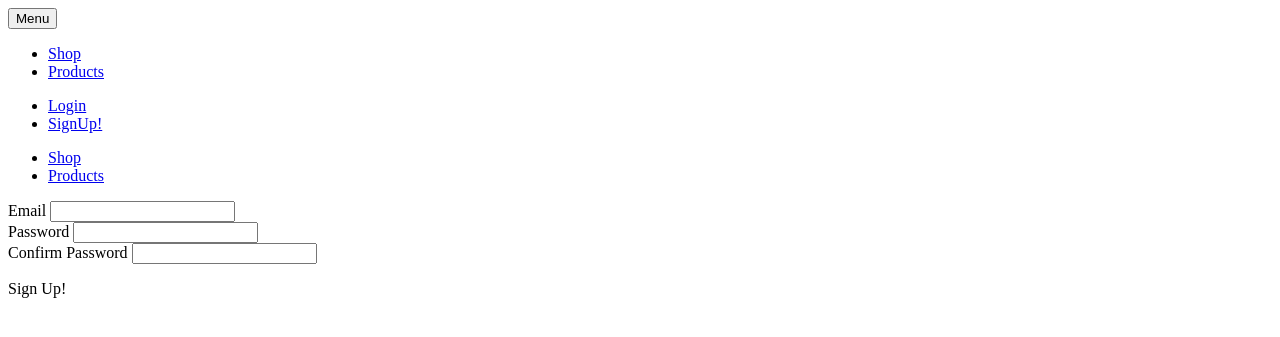
Repository: petref/RASPCODES
Page: http://localhost/signup
These files come from the project's save history. The page is drawn as it stood at one moment and after the next save; the edit follows.
The browser window is 1280 px wide. The pictures show the whole page.
The page is served by the project's Node server (app.js). Other server files are loaded and not shown.

Above is the page before, as saved 2020-01-15 01:25:38.

### shopNode/views/auth/signup.ejs
<body>
    <%- include('../includes/navigation.ejs') %>
        <main>
            <form class="login-form" action='/login' method='post'>
                <div сlass="form-control">
                    <label for='email'>Email</label>
                    <input type='email' name='email' id='email'>
                </div>
                <div class="form-control">
                    <label for="password">Password</label>
                    <input type="password" name="password" id="password">
                </div>
                <div class="form-control">
                    <label for="confirmpassword">Confirm Password</label>
                    <input type="password" name="confirmpassword" id="confirmpassword">
                </div>


            </form>
            <btn class="btn" type="submit">Sign Up!</btn>
        </main>



</body>

### shopNode/views/includes/navigation.ejs
<div class="backdrop"></div>
<header class="main-header">
    <button id="side-menu-toggle">Menu</button>
    <nav class="main-header__nav">
        <ul class="main-header__item-list">
            <li class="main-header__item">
                <a class="<%= path === '/' ? 'active' : '' %>" href="/">Shop</a>
            </li>
            <li class="main-header__item">
                <a class="<%= path === '/products' ? 'active' : '' %>" href="/products">Products</a>
            </li>
            <% if (isAuthenticated) { %>
                <li class="main-header__item">
                    <a class="<%= path === '/cart' ? 'active' : '' %>" href="/cart">Cart</a>
                </li>
                <li class="main-header__item">
                    <a class="<%= path === '/orders' ? 'active' : '' %>" href="/orders">Orders</a>
                </li>
                <li class="main-header__item">
                    <a class="<%= path === '/admin/add-product' ? 'active' : '' %>" href="/admin/add-product">Add Product
                    </a>
                </li>
                <li class="main-header__item">
                    <a class="<%= path === '/admin/products' ? 'active' : '' %>" href="/admin/products">Admin Products
                    </a>
                </li>
                <% } %>
        </ul>
        <ul class="main-header__item-list">
            <% if (!isAuthenticated) { %>
                <li class="main-header__item">
                    <a class="<%= path === '/login' ? 'active' : '' %>" href="/login">Login</a>
                </li>
                <li class="main-header__item">
                    <a class="<%= path === '/signup' ? 'active' : '' %>" href="/signup">SignUp!</a>
                </li>
                <% } else { %>
                    <li class="main-header__item">
                        <form action="/logout" method="post">
                            <button type="submit">Logout</button>
                        </form>
                    </li>
                    <% } %>
        </ul>
    </nav>
</header>

<nav class="mobile-nav">
    <ul class="mobile-nav__item-list">
        <li class="mobile-nav__item">
            <a class="<%= path === '/' ? 'active' : '' %>" href="/">Shop</a>
        </li>
        <li class="mobile-nav__item">
            <a class="<%= path === '/products' ? 'active' : '' %>" href="/products">Products</a>
        </li>
        <% if(isAuthenticated) { %>
            <li class="mobile-nav__item">
                <a class="<%= path === '/cart' ? 'active' : '' %>" href="/cart">Cart</a>
            </li>
            <li class="mobile-nav__item">
                <a class="<%= path === '/orders' ? 'active' : '' %>" href="/orders">Orders</a>
            </li>
            <li class="mobile-nav__item">
                <a class="<%= path === '/admin/add-product' ? 'active' : '' %>" href="/admin/add-product">Add Product
            </a>
            </li>
            <li class="mobile-nav__item">
                <a class="<%= path === '/admin/products' ? 'active' : '' %>" href="/admin/products">Admin Products
            </a>
            </li>
            <% } %>
    </ul>
</nav>

### shopNode/app.js
const path = require('path');
const mongoose = require('mongoose');
const session = require('express-session');
const mongoDBStore = require('connect-mongodb-session')(session);

const express = require('express');
const bodyParser = require('body-parser');

const errorController = require('./controllers/error');
const User = require('./models/user')

const MONGODB_URI = 'mongodb+srv://petroupb:Transport%40poli2019@cluster0-zo0ok.mongodb.net/test';

const app = express();
const store = new mongoDBStore({
    uri: MONGODB_URI,
    collection: 'sessions'
});

app.set('view engine', 'ejs');
app.set('views', 'views');

const adminRoutes = require('./routes/admin');
const shopRoutes = require('./routes/shop');
const authRoutes = require('./routes/auth')


// TEST THE SQL CONNECTION POOLS
//  db.execute('SELECT * FROM products')
//     .then((result) => {
//         console.log(result[0])
//     })
//     .catch((err) => {
//         console.log(err);
//     });

app.use(bodyParser.urlencoded({ extended: false }));
app.use(express.static(path.join(__dirname, 'public')));
app.use(
    session({
        secret: 'mySession Secret',
        resave: false,
        saveUninitialized: false,
        store: store
    }))

app.use((req, res, next) => {
    if (!req.session.user) {
        return next()
    }
    User.findById(req.session.user._id)
        .then(user => {
            req.user = user;
            next();
        })
        .catch(err => {
            console.log(err)
        })
})



app.use('/admin', adminRoutes);
app.use(shopRoutes);
app.use(authRoutes);

app.use(errorController.get404);

// mongoConnect(() => {
//     app.listen(3000)
// })

mongoose.connect(MONGODB_URI, { useNewUrlParser: true })
    .then(result => {
        User.findOne().then(user => {
            if (!user) {
                const user = new User({
                    name: 'Max',
                    email: "max@max.com",
                    cart: {
                        items: []
                    }
                });
            }
            user.save();
        })
        app.listen(3000);
    })
    .catch(err => { console.log(err) });

### shopNode/controllers/auth.js
const User = require('../models/user');

exports.getLogin = (req, res, next) => {
    res.render('auth/login', {
        path: 'login',
        pageTitle: 'Login',
        isAuthenticated: false
    })
}

exports.getSignup = ((req, res, next) => {
    res.render('auth/signup', {
        path: '/signup',
        pageTitle: 'SignUp',
        isAuthenticated: false
    })
})

exports.postLogin = (req, res, next) => {
    User.findById('5e191cec9a261b48ec442cd7')
        .then(user => {
            req.session.isLoggedIn = true;
            req.session.user = user;
            req.session.save((err) => {
                console.log(err)
                res.redirect('/');
            });
        })
        .catch(err => { console.log(err) })
}

exports.postSignup = ((req, res, next) => {

})


exports.postLogout = (req, res, next) => {
    req.session.destroy((err) => {
        console.log(err)
        res.redirect('/')
    })
}

### shopNode/public/css/main.css
@import url('https://fonts.googleapis.com/css?family=Open+Sans:400,700');
* {
    box-sizing: border-box;
}

body {
    padding: 0;
    margin: 0;
    font-family: 'Open Sans', sans-serif;
}

main {
    padding: 1rem;
    margin: auto;
}

form {
    display: inline;
}

.centered {
    text-align: center;
}

.image {
    height: 20rem;
}

.image img {
    height: 100%;
}

.main-header {
    width: 100%;
    height: 3.5rem;
    background-color: #00695c;
    padding: 0 1.5rem;
    display: flex;
    align-items: center;
}

.main-header__nav {
    height: 100%;
    width: 100%;
    display: flex;
    align-items: center;
    justify-content: space-between;
}

.main-header__item-list {
    list-style: none;
    margin: 0;
    padding: 0;
    display: flex;
}

.main-header__item {
    margin: 0 1rem;
    padding: 0;
}

.main-header__item a,
.main-header__item button {
    font: inherit;
    background: transparent;
    border: none;
    text-decoration: none;
    color: white;
    cursor: pointer;
}

.main-header__item a:hover,
.main-header__item a:active,
.main-header__item a.active,
.main-header__item button:hover,
.main-header__item button:active {
    color: #ffeb3b;
}

.mobile-nav {
    width: 30rem;
    height: 100vh;
    max-width: 90%;
    position: fixed;
    left: 0;
    top: 0;
    background: white;
    z-index: 10;
    padding: 2rem 1rem 1rem 2rem;
    transform: translateX(-100%);
    transition: transform 0.3s ease-out;
}

.mobile-nav.open {
    transform: translateX(0);
}

.mobile-nav__item-list {
    list-style: none;
    display: flex;
    flex-direction: column;
    margin: 0;
    padding: 0;
}

.mobile-nav__item {
    margin: 1rem;
    padding: 0;
}

.mobile-nav__item a {
    text-decoration: none;
    color: black;
    font-size: 1.5rem;
    padding: 0.5rem 2rem;
}

.mobile-nav__item a:active,
.mobile-nav__item a:hover,
.mobile-nav__item a.active {
    background: #00695c;
    color: white;
    border-radius: 3px;
}

#side-menu-toggle {
    border: 1px solid white;
    font: inherit;
    padding: 0.5rem;
    display: block;
    background: transparent;
    color: white;
    cursor: pointer;
}

#side-menu-toggle:focus {
    outline: none;
}

#side-menu-toggle:active,
#side-menu-toggle:hover {
    color: #ffeb3b;
    border-color: #ffeb3b;
}

.backdrop {
    position: fixed;
    top: 0;
    left: 0;
    width: 100%;
    height: 100vh;
    background: rgba(0, 0, 0, 0.5);
    z-index: 5;
    display: none;
}

.grid {
    display: flex;
    flex-wrap: wrap;
    justify-content: space-around;
    align-items: stretch;
}

.card {
    box-shadow: 0 2px 8px rgba(0, 0, 0, 0.26);
}

.card__header,
.card__content {
    padding: 1rem;
}

.card__header h1,
.card__content h1,
.card__content h2,
.card__content p {
    margin: 0;
}

.card__image {
    width: 100%;
}

.card__image img {
    width: 100%;
}

.card__actions {
    padding: 1rem;
    text-align: center;
}

.card__actions button,
.card__actions a {
    margin: 0 0.25rem;
}

.btn {
    display: inline-block;
    padding: 0.25rem 1rem;
    text-decoration: none;
    font: inherit;
    border: 1px solid #00695c;
    color: #00695c;
    background: white;
    border-radius: 3px;
    cursor: pointer;
}

.btn:hover,
.btn:active {
    background-color: #00695c;
    color: white;
}

.btn.danger {
    color: red;
    border-color: red;
}

.btn.danger:hover,
.btn.danger:active {
    background: red;
    color: white;
}

@media (min-width: 768px) {
    .main-header__nav {
        display: flex;
    }
    #side-menu-toggle {
        display: none;
    }
}

Loaded but not shown: shopNode/views/includes/head.ejs (common file); shopNode/public/css/forms.css (common file); shopNode/public/css/auth.css (common file)

After the next save:
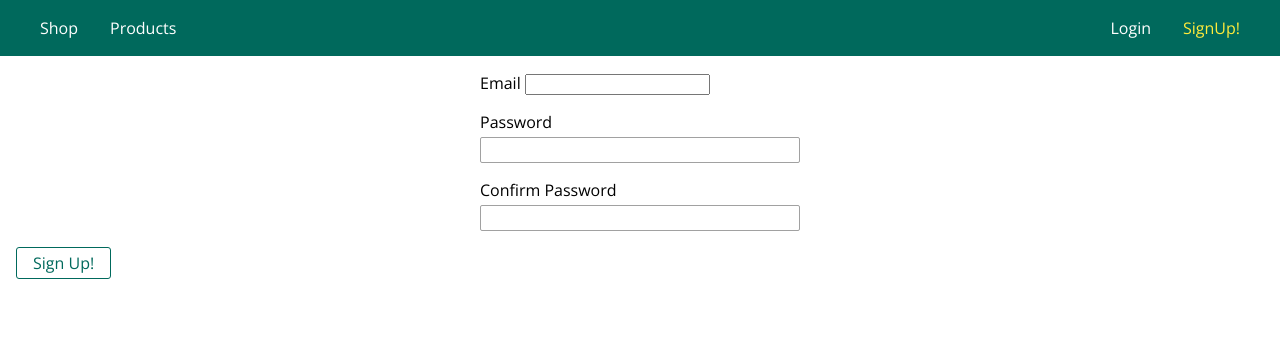
Saved 8 min 53 s later.
--- a/shopNode/views/auth/signup.ejs
+++ b/shopNode/views/auth/signup.ejs
@@ -1,25 +1,31 @@
-<body>
-    <%- include('../includes/navigation.ejs') %>
-        <main>
-            <form class="login-form" action='/login' method='post'>
-                <div сlass="form-control">
-                    <label for='email'>Email</label>
-                    <input type='email' name='email' id='email'>
-                </div>
-                <div class="form-control">
-                    <label for="password">Password</label>
-                    <input type="password" name="password" id="password">
-                </div>
-                <div class="form-control">
-                    <label for="confirmpassword">Confirm Password</label>
-                    <input type="password" name="confirmpassword" id="confirmpassword">
-                </div>
+<%- include('../includes/head.ejs') %>
+    <link rel="stylesheet" href="/css/forms.css">
+    <link rel="stylesheet" href="/css/auth.css">
+
+    </head>
+
+    <body>
+        <%- include('../includes/navigation.ejs') %>
+            <main>
+                <form class="login-form" action='/login' method='post'>
+                    <div сlass="form-control">
+                        <label for='email'>Email</label>
+                        <input type='email' name='email' id='email'>
+                    </div>
+                    <div class="form-control">
+                        <label for="password">Password</label>
+                        <input type="password" name="password" id="password">
+                    </div>
+                    <div class="form-control">
+                        <label for="confirmpassword">Confirm Password</label>
+                        <input type="password" name="confirmpassword" id="confirmpassword">
+                    </div>
 
 
-            </form>
-            <btn class="btn" type="submit">Sign Up!</btn>
-        </main>
+                </form>
+                <btn class="btn" type="submit">Sign Up!</btn>
+            </main>
 
 
 
-</body>
+    </body>
